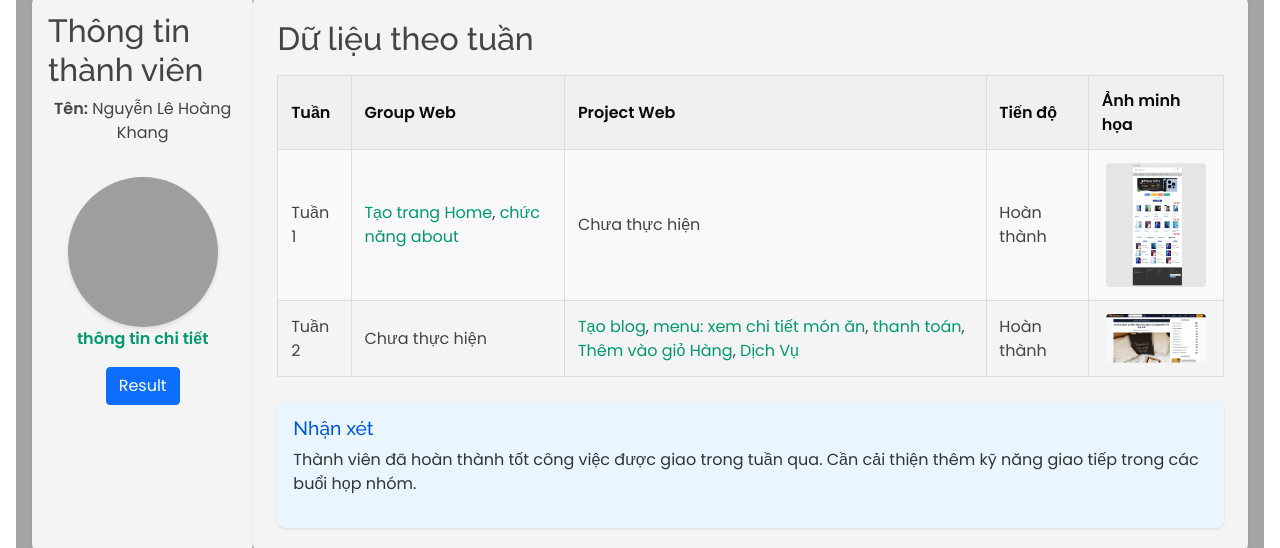
Repository: HoangKhangKhuPho4/Group_Web
Page: results.html
The author's editor kept a copy of each file at every save. The page is drawn from the files as they stood at one save, then again after the next save.
The browser window is 1280 px wide. The pictures show the part of the page from y = 1113 to 1661 px (the page is 3095 px tall).
Pictures or frames that could not be fetched are drawn as grey boxes. A picture or video elsewhere on the page could not be fetched, so the positions and the page height are approximate.

Above is the page before, as saved 2025-01-18 20:03:53.

### results.html
<!DOCTYPE html>
<html lang="en">
<head>
    <meta charset="UTF-8">
    <meta name="viewport" content="width=device-width, initial-scale=1.0">
    <title>Thông tin thành viên</title>
    <!-- Favicons -->
    <link href="assets/img/favicon.png" rel="icon" />
    <link href="assets/img/apple-touch-icon.png" rel="apple-touch-icon" />

    <!-- Google Fonts -->
    <link
      href="https://fonts.googleapis.com/css?family=Open+Sans:300,300i,400,400i,600,600i,700,700i|Raleway:300,300i,400,400i,500,500i,600,600i,700,700i|Poppins:300,300i,400,400i,500,500i,600,600i"
      rel="stylesheet"
    />

    <!-- Vendor CSS Files -->
    <link href="assets/vendor/aos/aos.css" rel="stylesheet" />
    <link
      href="assets/vendor/bootstrap/css/bootstrap.min.css"
      rel="stylesheet"
    />
    <link
      href="assets/vendor/bootstrap-icons/bootstrap-icons.css"
      rel="stylesheet"
    />
    <link href="assets/vendor/boxicons/css/boxicons.min.css" rel="stylesheet" />
    <link
      href="assets/vendor/glightbox/css/glightbox.min.css"
      rel="stylesheet"
    />
    <link href="assets/vendor/remixicon/remixicon.css" rel="stylesheet" />
    <link href="assets/vendor/swiper/swiper-bundle.min.css" rel="stylesheet" />

    <!-- Bootstrap Icons -->
    <link
      href="https://cdn.jsdelivr.net/npm/bootstrap-icons@1.10.5/font/bootstrap-icons.css"
      rel="stylesheet"
    />

    <!-- Template Main CSS File -->
    <link href="assets/css/style.css" rel="stylesheet" />
    <link rel="stylesheet" href="css\result.css">
</head>
<body>
    <!-- ======= Header ======= -->
    <header id="header" class="fixed-top d-flex align-items-center">
        <div class="container-header">
            <div class="header-container d-flex align-items-center justify-content-between">
                <div class="logo">
                    <h1 class="text-light">
                        <a href="index.html"><span>Group 15</span></a>
                    </h1>
                </div>

                <nav id="navbar" class="navbar">
                    <ul>
                        <li>
                            <a class="nav-link scrollto " href="index.html">Home</a>
                        </li>
                        <li><a class="nav-link scrollto" href="about.html">About</a></li>
                        <li>
                            <a class="nav-link scrollto" href="groupDiary.html">Group Diary</a>
                        </li>
                        <li>
                            <a class="nav-link scrollto" href="technical.html">Technical</a>
                        </li>
                        <li>
                            <a class="nav-link scrollto" href="styleguide.html">Style Guide</a>
                        </li>
                        <li>
                            <a class="nav-link scrollto active" href="results.html">Results</a>
                        </li>
                        <li>
                            <a class="nav-link scrollto" href="project.html">Project</a>
                        </li>
                        <li>
                            <a class="nav-link scrollto" href="contact.html">Contact</a>
                        </li>
                    </ul>
                    <i class="bi bi-list mobile-nav-toggle"></i>
                </nav>
                <!-- .navbar -->
            </div>
            <!-- End Header Container -->
        </div>
    </header>

    <div class="container-content">
        <div class="main-content">
            <div class="member-info">
                <h2>Thông tin thành viên</h2>
                <div class="member-card">
                    <p><strong>Tên:</strong> Dương Quốc Toàn</p>
                    <img src="assets/img/team/team-1.jpg" alt="Ảnh thành viên" class="member-photo">
                    <p><strong><a href="https://www.facebook.com/share/KgZ8NYxNgyUj9bbq/">thông tin chi tiết</a></strong></p>
                </div>
            </div>
            <div class="weekly-data">
                <h2>Dữ liệu theo tuần</h2>
                <table>
                    <thead>
                        <tr>
                            <th>Tuần</th>
                            <th>Công việc đã làm</th>
                            <th>Tiến độ</th>
                            <th>Ảnh minh họa</th>
                        </tr>
                    </thead>
                    <tbody>
                        <tr>
                            <td>Tuần 1</td>
                            <td>Tạo chức năng Group Diary</td>
                            <td>Hoàn thành</td>
                            <td>
                                <img src="img\project\groupDiary.png" alt="Ảnh tuần 1" class="week-photo">
                            </td>
                        </tr>
                        <tr>
                            <td>Tuần 2</td>
                            <td>Tạo home:giới thiệu món ăn, đầu bếp,các chương trình khuyến mãi</td>
                            <td>Đang thực hiện</td>
                            <td>
                                <img src="assets\img\project\Home_Group11_Figma.jpg" alt="Ảnh tuần 2" class="week-photo">
                            </td>
                        </tr>
                    </tbody>
                </table>
                <div class="feedback">
                    <h3>Nhận xét</h3>
                    <p>Thành viên đã hoàn thành tốt công việc được giao trong tuần qua. Cần cải thiện thêm kỹ năng giao tiếp trong các buổi họp nhóm.</p>
                </div>
            </div>
        </div>
        <div class="main-content">
            <div class="member-info">
                <h2>Thông tin thành viên</h2>
                <div class="member-card">
                    <p><strong>Tên:</strong> Đặng Thị Mỹ Hạnh</p>
                    <img src="assets/img/team/team-2.jpg" alt="Ảnh thành viên" class="member-photo">
                    <p><strong><a href="https://www.facebook.com/profile.php?id=100024623842401">thông tin chi tiết</a></strong></p>
                </div>
            </div>
            <div class="weekly-data">
                <h2>Dữ liệu theo tuần</h2>
                <table>
                    <thead>
                        <tr>
                            <th>Tuần</th>
                            <th>Công việc đã làm</th>
                            <th>Tiến độ</th>
                            <th>Ảnh minh họa</th>
                        </tr>
                    </thead>
                    <tbody>
                        <tr>
                            <td>Tuần 1</td>
                            <td>Tạo chức năng Style Guide, Result</td>
                            <td>Hoàn thành</td>
                            <td>
                                <img src="img\project\styleGiay.png" alt="Ảnh tuần 1" class="week-photo">
                            </td>
                        </tr>
                        <tr>
                            <td>Tuần 2</td>
                            <td>Tạo chức năng contact, đặt hàng online</td>
                            <td>Đang thực hiện</td>
                            <td>
                                <img src="img\project\contactFigma.jpg" alt="Ảnh tuần 2" class="week-photo">
                            </td>
                        </tr>
                    </tbody>
                </table>
                <div class="feedback">
                    <h3>Nhận xét</h3>
                    <p>Thành viên đã hoàn thành tốt công việc được giao trong tuần qua. Cần cải thiện thêm kỹ năng giao tiếp trong các buổi họp nhóm.</p>
                </div>
            </div>
        </div>
<!-- ...existing code... -->
<div class="main-content">
    <div class="member-info">
        <h2>Thông tin thành viên</h2>
        <div class="member-card">
            <p><strong>Tên:</strong> Nguyễn Lê Hoàng Khang</p>
            <img src="assets/img/team/team-3.png" alt="Ảnh thành viên" class="member-photo">
            <p><strong><a href="https://www.facebook.com/profile.php?id=100088292157574&locale=vi_VN">thông tin chi tiết</a></strong></p>
            <p><strong><a href="result.html" class="btn btn-primary">Result</a></strong></p>
        </div>
    </div>
    <div class="weekly-data">
        <h2>Dữ liệu theo tuần</h2>
        <table>
            <thead>
                <tr>
                    <th>Tuần</th>
                    <th>Group Web</th>
                    <th>Project Web</th>
                    <th>Tiến độ</th>
                    <th>Ảnh minh họa</th>
                </tr>
            </thead>
            <tbody>
                <tr>
                    <td>Tuần 1</td>
                    <td>
                        <a href="home.html">Tạo trang Home</a>,
                        <a href="about.html">chức năng about</a>
                    </td>
                    <td>Chưa thực hiện</td>
                    <td>Hoàn thành</td>
                    <td>
                        <img src="img/project/home.png" alt="Ảnh tuần 1" class="week-photo">
                    </td>
                </tr>
                <tr>
                    <td>Tuần 2</td>
                    <td>Chưa thực hiện</td>
                    <td>
                        <a href="blog.html">Tạo blog</a>,
                        <a href="menu.html">menu: xem chi tiết món ăn</a>,
                        <a href="payment.html">thanh toán</a>,
                        <a href="cart.html">Thêm vào giỏ Hàng</a>,
                        <a href="service.html">Dịch Vụ</a>
                    </td>
                    <td>Hoàn thành</td>
                    <td>
                        <img src="img/project/bolg.png" alt="Ảnh tuần 2" class="week-photo">
                    </td>
                </tr>
            </tbody>
        </table>
        <div class="feedback">
            <h3>Nhận xét</h3>
            <p>Thành viên đã hoàn thành tốt công việc được giao trong tuần qua. Cần cải thiện thêm kỹ năng giao tiếp trong các buổi họp nhóm.</p>
        </div>
    </div>
</div>
<!-- ...existing code... -->
        <div class="main-content">
            <div class="member-info">
                <h2>Thông tin thành viên</h2>
                <div class="member-card">
                    <p><strong>Tên:</strong> Võ Hoàng Nam</p>
                    <img src="assets/img/team/team-4.jpg" alt="Ảnh thành viên" class="member-photo">
                    <p><strong><a href="https://www.facebook.com/profile.php?id=100053449847355&mibextid=kFxxJD">thông tin chi tiết</a></strong></p>
                </div>
            </div>
            <div class="weekly-data">
                <h2>Dữ liệu theo tuần</h2>
                <table>
                    <thead>
                        <tr>
                            <th>Tuần</th>
                            <th>Công việc đã làm</th>
                            <th>Tiến độ</th>
                            <th>Ảnh minh họa</th>
                        </tr>
                    </thead>
                    <tbody>
                        <tr>
                            <td>Tuần 1</td>
                            <td>Tạo chức năng Project</td>
                            <td>Hoàn thành</td>
                            <td>
                                <img src="img\project\project.png" alt="Ảnh tuần 1" class="week-photo">
                            </td>
                        </tr>
                        <tr>
                            <td>Tuần 2</td>
                            <td>Tạo chức năng book a table, search</td>
                            <td>Hoàn thành</td>
                            <td>
                                <img src="img\project\bookATable.png" alt="Ảnh tuần 2" class="week-photo">
                            </td>
                        </tr>
                    </tbody>
                </table>
                <div class="feedback">
                    <h3>Nhận xét</h3>
                    <p>Thành viên đã hoàn thành tốt công việc được giao trong tuần qua. Cần cải thiện thêm kỹ năng giao tiếp trong các buổi họp nhóm.</p>
                </div>
            </div>
        </div>
        <div class="main-content">
            <div class="member-info">
                <h2>Thông tin thành viên</h2>
                <div class="member-card">
                    <p><strong>Tên:</strong> Hà Huy Dũng</p>
                    <img src="assets/img/team/team-5.jpg" alt="Ảnh thành viên" class="member-photo">
                    <p><strong><a href="https://www.facebook.com/profile.php?id=100010432057735">thông tin chi tiết</a></strong></p>
                </div>
            </div>
            <div class="weekly-data">
                <h2>Dữ liệu theo tuần</h2>
                <table>
                    <thead>
                        <tr>
                            <th>Tuần</th>
                            <th>Công việc đã làm</th>
                            <th>Tiến độ</th>
                            <th>Ảnh minh họa</th>
                        </tr>
                    </thead>
                    <tbody>
                        <tr>
                            <td>Tuần 1</td>
                            <td>Tạo chức năng Technical, contact</td>
                            <td>Hoàn thành</td>
                            <td>
                                <img src="img\project\contact.png" alt="Ảnh tuần 1" class="week-photo">
                            </td>
                        </tr>
                        <tr>
                            <td>Tuần 2</td>
                            <td>Tạo chức năng login, thông tin khách hàng</td>
                            <td>Hoàn thành</td>
                            <td>
                                <img src="img\project\login1.jpg" alt="Ảnh tuần 2" class="week-photo">
                            </td>
                        </tr>
                    </tbody>
                </table>
                <div class="feedback">
                    <h3>Nhận xét</h3>
                    <p>Thành viên đã hoàn thành tốt công việc được giao trong tuần qua. Cần cải thiện thêm kỹ năng giao tiếp trong các buổi họp nhóm.</p>
                </div>
            </div>
        </div>
        <!-- End Contact Section -->
    <footer id="footer">
        <div class="footer-container">
            <div class="footer-column">
                <h4>About Us</h4>
                <p>
                    We are a team of passionate individuals dedicated to delivering the
                    best services to our clients. Our mission is to provide innovative
                    solutions and exceptional customer service.
                </p>
            </div>
            <div class="footer-column">
                <h4>Useful Links</h4>
                <ul>
                    <li><a href="index.html">Home</a></li>
                    <li><a href="about.html">About Us</a></li>
                    <li><a href="services.html">Services</a></li>
                    <li><a href="terms.html">Terms of Service</a></li>
                    <li><a href="privacy.html">Privacy Policy</a></li>
                </ul>
            </div>
            <div class="footer-column">
                <h4>Services</h4>
                <ul>
                    <li><a href="#">Web Design</a></li>
                    <li><a href="#">Web Development</a></li>
                    <li><a href="#">Marketing</a></li>
                    <li><a href="#">Graphic Design</a></li>
                    <li><a href="#">Technical Support</a></li>
                </ul>
            </div>
            <div class="footer-column">
                <h4>Contact Us</h4>
                <p>
                    123 ABC Street, XYZ District<br />
                    City, Country<br />
                    Phone: +84 123 456 789<br />
                    Email: info@example.com
                </p>
            </div>
        </div>
    </footer>
        <div class="footer-bottom">
            <div class="container d-md-flex py-4">
                <div class="me-md-auto text-center text-md-start">
                    <div class="copyright">
                        &copy; Copyright <strong><span>Group 15</span></strong>. All Rights Reserved
                    </div>
                    <div class="credits">Designed by <a href="#">Group 15</a></div>
                </div>
                <div class="social-links text-center text-md-right pt-3 pt-md-0">
                    <a href="#" class="twitter" title="Twitter"><i class="bx bxl-twitter"></i></a>
                    <a href="#" class="facebook" title="Facebook"><i class="bx bxl-facebook"></i></a>
                    <a href="#" class="instagram" title="Instagram"><i class="bx bxl-instagram"></i></a>
                    <a href="#" class="google-plus" title="Skype"><i class="bx bxl-skype"></i></a>
                    <a href="#" class="linkedin" title="LinkedIn"><i class="bx bxl-linkedin"></i></a>
                </div>
            </div>
        </div>


</div>
</body>

</html>

### css/result.css
/* styles.css */
body {
    font-family: Arial, sans-serif;
    margin: 0;
    padding: 0;
    background-color: #f9f9f9;
    font-family: 'Poppins', sans-serif;
    background-color: #f8f9fa;
}
header#header {
    height: 80px; /* Chiều cao header */
    position: fixed;
    top: 0;
    left: 0;
    width: 100%;
    z-index: 1000;
    background-color: #fff; /* Đặt màu nền để header không bị trong suốt */
    box-shadow: 0 2px 4px rgba(0, 0, 0, 0.1); /* Tùy chọn: thêm bóng cho header */
}
.container-header {
    max-width: 1200px;
    margin: 0 auto;
    padding: 1rem; margin;
    background: white;
    border-radius: 8px;
    top: 0;
    left: 0;
    width: 100%;
    height: 80px; /* hoặc chiều cao tùy ý */
    position: fixed; /* Đảm bảo header cố định */
    z-index: 1000; /* Giữ header luôn trên cùng */
}
.container-content {
    margin: 0 auto;
    padding: 1rem;
    background: white;
    margin-top: 50px;
    border-radius: 8px;
}

.main-content {
    display: flex;
    background-color: #a6a3a3;
    padding-top: 0;
    padding: 1rem;

}
.member-info {
    flex: 0.5;
    background: #f4f4f4;
    padding: 1rem;
    box-shadow: 0 1px 3px rgba(0, 0, 0, 0.1);
    border-radius: 8px;
}
.member-card {
    text-align: center;
}
.member-photo {
    width: 150px;
    height: 150px;
    border-radius: 50%;
    margin-top: 1rem;
    box-shadow: 0 2px 4px rgba(0, 0, 0, 0.1);
}
.weekly-data {
    flex: 2.5;
    background: #f4f4f4;
    padding: 1.5rem;
    border-radius: 8px;
    box-shadow: 0 1px 3px rgba(0, 0, 0, 0.1);
}
table {
    text-align: center;
    width: 100%;
    border-collapse: collapse;
    margin-top: 1rem;
}
thead {
    background-color: #0057D9;
    color: rgb(11, 11, 11);
}
th, td {
    padding: 0.75rem;
    text-align: left;
    border: 1px solid #ddd;
}
.week-photo {
    width: 100px;
    height: auto;
    border-radius: 4px;
    display: block;
    margin: 0 auto;
}
tbody tr:nth-child(odd) {
    background-color: #f9f9f9;
}
tbody tr:nth-child(even) {
    background-color: #f4f4f4;
}
.weekly-data th, .weekly-data td {
    padding: 0.8rem;
    border: 1px solid #ddd;
    text-align: left;
}
.weekly-data th {
    background-color: #f0f0f0;
    font-weight: bold;
}
.feedback {
    margin-top: 1.5rem;
    padding: 1rem;
    background: #e9f6ff;
    border-radius: 8px;
    box-shadow: 0 1px 3px rgba(0, 0, 0, 0.1);
}
.feedback h3 {
    font-size: 1.2rem;
    margin-bottom: 0.5rem;
    color: #0057D9;
}
.feedback p {
    font-size: 1rem;
    line-height: 1.5;
    color: #333;
}
.footer {
    text-align: center;
    padding: 1rem;
    margin-top: 2rem;
    background: #0057D9;
    color: white;
    border-radius: 0 0 8px 8px;
}

Loaded but not shown: assets/vendor/aos/aos.css (library); assets/vendor/bootstrap/css/bootstrap.min.css (library); assets/vendor/bootstrap-icons/bootstrap-icons.css (library); assets/vendor/boxicons/css/boxicons.min.css (library); assets/vendor/glightbox/css/glightbox.min.css (library); assets/vendor/remixicon/remixicon.css (library); assets/vendor/swiper/swiper-bundle.min.css (library); assets/css/style.css (862 lines, source omitted)

After the next save:
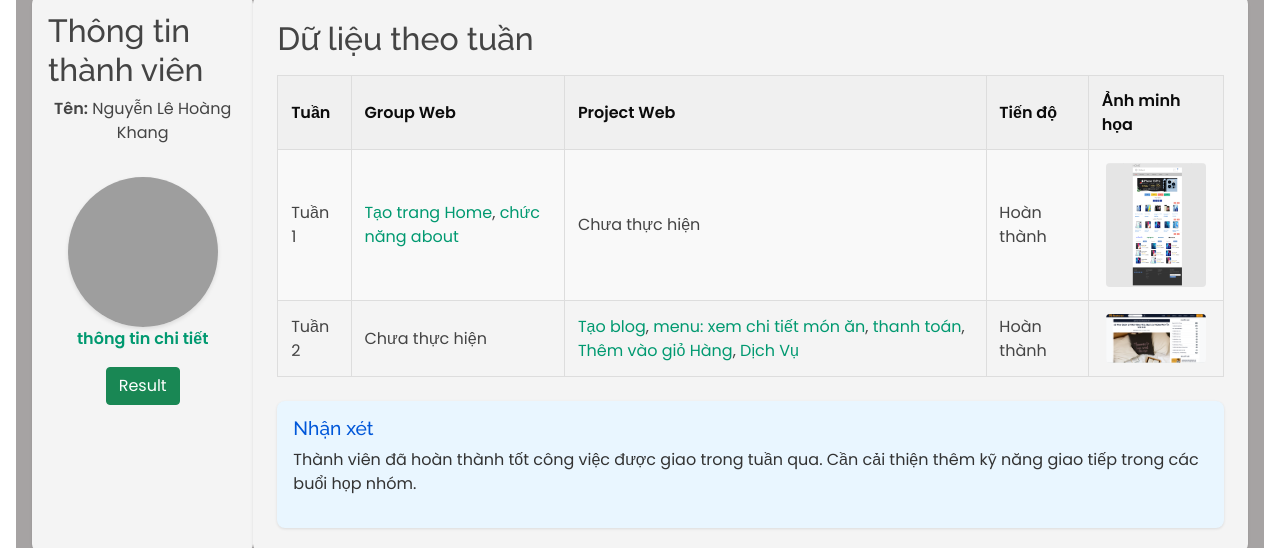
Saved 63 s later.
--- a/results.html
+++ b/results.html
@@ -185,7 +185,7 @@
             <p><strong>Tên:</strong> Nguyễn Lê Hoàng Khang</p>
             <img src="assets/img/team/team-3.png" alt="Ảnh thành viên" class="member-photo">
             <p><strong><a href="https://www.facebook.com/profile.php?id=100088292157574&locale=vi_VN">thông tin chi tiết</a></strong></p>
-            <p><strong><a href="result.html" class="btn btn-primary">Result</a></strong></p>
+            <p><strong><a href="result.html" class="btn btn-success">Result</a></strong></p>
         </div>
     </div>
     <div class="weekly-data">
